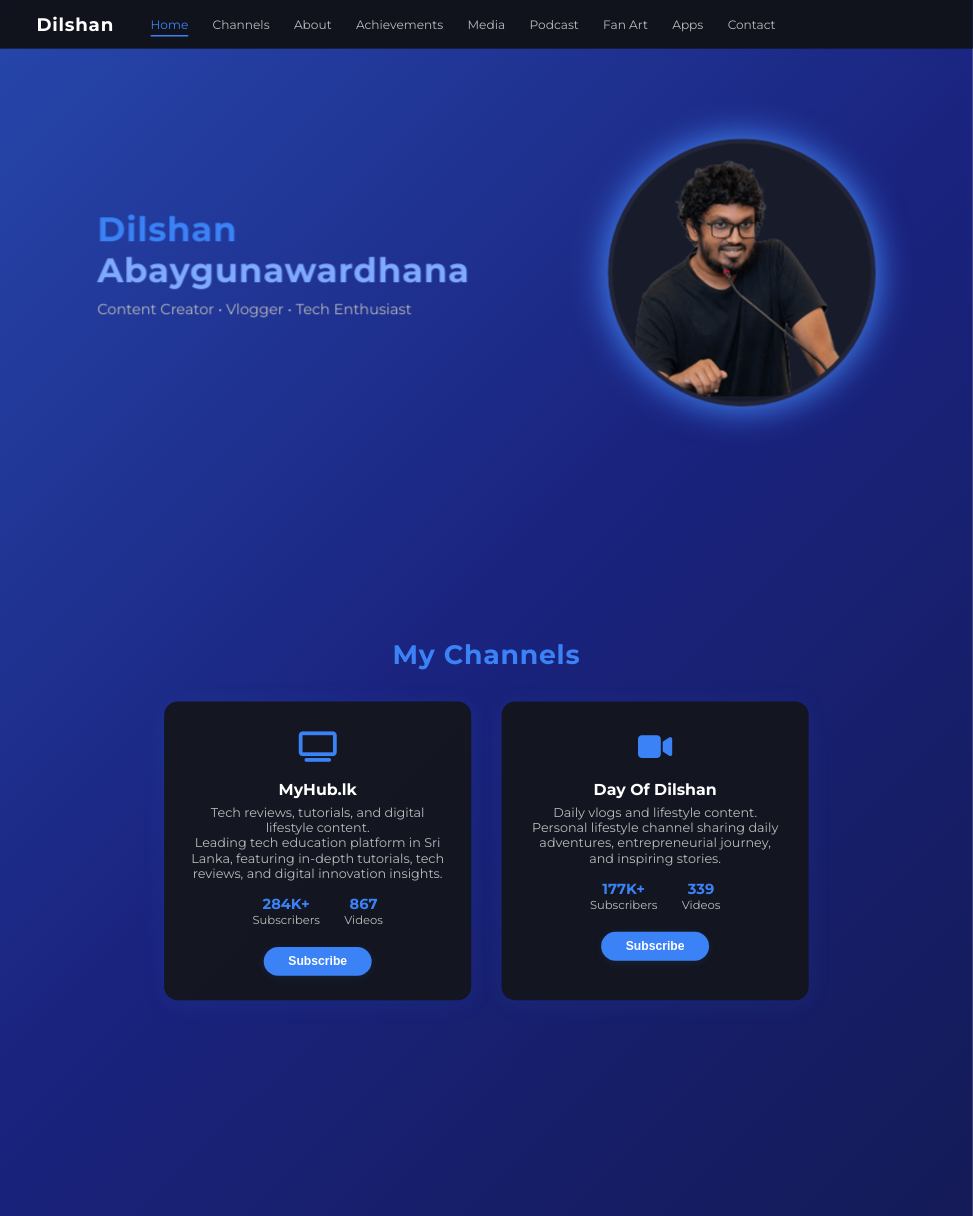
Repository: notyourclose/https-github.com-notyourclose-dilshan-abeygunawardana5
Page: index.html
The author's editor kept a copy of each file at every save. The page is drawn from the files as they stood at one save, then again after the next save.
The browser window is 1280 px wide. The pictures show the whole page, at 76% of full size.

Above is the page before, as saved 2025-05-14 14:57:16.

### index.html
<!DOCTYPE html>
<html lang="en">
<head>
    <meta charset="UTF-8">
    <meta name="viewport" content="width=device-width, initial-scale=1.0">
    <title>Dilshan Abeygunawardana | Portfolio</title>
    <link href="https://fonts.googleapis.com/css2?family=Montserrat:wght@700;400&display=swap" rel="stylesheet">
    <style>
        html {
            scroll-behavior: smooth;
        }
        body {
            font-family: 'Montserrat', Arial, sans-serif;
            margin: 0;
            padding: 0;
            min-height: 100vh;
            color: #fff;
            /* Restore animated gradient background */
            background: linear-gradient(-45deg, #0a0c15, #1a237e, #3b82f6, #0a0c15);
            background-size: 400% 400%;
            animation: gradientBG 12s ease-in-out infinite;
        }
        @keyframes gradientBG {
            0% {background-position: 0% 50%;}
            50% {background-position: 100% 50%;}
            100% {background-position: 0% 50%;}
        }
        .navbar {
            width: 100%;
            background: rgba(17,19,26,0.98);
            display: flex;
            align-items: center;
            padding: 0 48px;
            height: 64px;
            box-sizing: border-box;
            position: fixed;
            top: 0;
            left: 0;
            z-index: 100;
        }
        .navbar .logo {
            font-weight: 700;
            font-size: 1.5rem;
            color: #fff;
            margin-right: 48px;
            letter-spacing: 1px;
        }
        .navbar nav {
            display: flex;
            gap: 32px;
        }
        .navbar nav a {
            color: #bbb;
            text-decoration: none;
            font-size: 1rem;
            font-weight: 500;
            transition: color 0.2s;
            position: relative;
        }
        .navbar nav a.active,
        .navbar nav a:hover {
            color: #3b82f6;
        }
        .navbar nav a.active::after {
            content: '';
            display: block;
            width: 100%;
            height: 2px;
            background: #3b82f6;
            border-radius: 2px;
            position: absolute;
            bottom: -6px;
            left: 0;
        }
        .main-section {
            display: flex;
            align-items: center;
            justify-content: space-between;
            min-height: 100vh;
            padding: 0 10vw;
            box-sizing: border-box;
            position: relative;
            z-index: 1;
        }
        .left-content {
            flex: 1;
            display: flex;
            flex-direction: column;
            justify-content: center;
            z-index: 2;
            animation: fadeInLeft 1.2s cubic-bezier(.77,0,.18,1) 0.2s both;
        }
        .main-title {
            font-size: 2.8rem;
            font-weight: 700;
            margin: 0 0 12px 0;
            color: #3b82f6;
            letter-spacing: 1px;
            opacity: 0;
            animation: fadeInTitle 1.5s 0.5s forwards;
        }
        .main-title span {
            display: block;
            color: #7faaff;
        }
        .roles {
            font-size: 1.2rem;
            color: #bbb;
            margin-bottom: 24px;
            font-weight: 400;
            min-height: 28px;
            white-space: pre;
        }
        .right-content {
            flex: 1;
            display: flex;
            justify-content: flex-end;
            align-items: center;
            z-index: 2;
            animation: fadeInRight 1.2s cubic-bezier(.77,0,.18,1) 0.4s both;
        }
        .profile-img {
            width: 340px;
            height: 340px;
            object-fit: cover;
            border-radius: 50%;
            background: #181c2a;
            border: 6px solid #23263a;
            box-shadow: 0 0 40px 0 #3b82f6, 0 8px 40px 0 rgba(59,130,246,0.12);
            animation: float 3s ease-in-out infinite, glow 2.5s ease-in-out infinite alternate;
        }
        @keyframes fadeInLeft {
            from { opacity: 0; transform: translateX(-60px); }
            to { opacity: 1; transform: translateX(0); }
        }
        @keyframes fadeInRight {
            from { opacity: 0; transform: translateX(60px); }
            to { opacity: 1; transform: translateX(0); }
        }
        @keyframes fadeInTitle {
            from { opacity: 0; transform: translateY(-30px); }
            to { opacity: 1; transform: translateY(0); }
        }
        @keyframes float {
            0%, 100% { transform: translateY(0); }
            50% { transform: translateY(-18px); }
        }
        @keyframes glow {
            0% { box-shadow: 0 0 40px 0 #3b82f6, 0 8px 40px 0 rgba(59,130,246,0.12); }
            100% { box-shadow: 0 0 80px 10px #7faaff, 0 8px 40px 0 rgba(59,130,246,0.12); }
        }
        /* Channels Section */
        .channels-section {
            display: flex;
            flex-direction: column;
            align-items: center;
            justify-content: flex-start;
            min-height: 100vh;
            padding: 120px 0 40px 0;
        }
        .channels-title {
            font-size: 2.2rem;
            font-weight: 700;
            color: #3b82f6;
            margin-bottom: 40px;
            letter-spacing: 1px;
            opacity: 0;
            transform: translateY(40px);
            transition: opacity 0.8s, transform 0.8s;
        }
        .channels-title.visible {
            opacity: 1;
            transform: translateY(0);
        }
        .channels-cards {
            display: flex;
            gap: 40px;
            flex-wrap: wrap;
            justify-content: center;
        }
        .channel-card {
            background: rgba(20, 22, 32, 0.98);
            border-radius: 18px;
            box-shadow: 0 4px 32px 0 rgba(59,130,246,0.10);
            padding: 36px 32px 32px 32px;
            width: 340px;
            display: flex;
            flex-direction: column;
            align-items: center;
            transition: transform 0.4s, box-shadow 0.4s, opacity 0.8s;
            position: relative;
            opacity: 0;
            transform: translateY(60px);
        }
        .channel-card.visible {
            opacity: 1;
            transform: translateY(0);
        }
        .channel-card:hover {
            transform: translateY(-8px) scale(1.03);
            box-shadow: 0 8px 48px 0 rgba(59,130,246,0.18);
        }
        .channel-icon {
            font-size: 2.5rem;
            margin-bottom: 18px;
            color: #3b82f6;
        }
        .channel-title {
            font-size: 1.3rem;
            font-weight: 700;
            margin-bottom: 8px;
            color: #fff;
        }
        .channel-desc {
            font-size: 1.05rem;
            color: #bbb;
            margin-bottom: 18px;
            text-align: center;
        }
        .channel-stats {
            display: flex;
            gap: 32px;
            margin-bottom: 8px;
        }
        .stat {
            display: flex;
            flex-direction: column;
            align-items: center;
        }
        .stat-value {
            font-size: 1.2rem;
            font-weight: 700;
            color: #3b82f6;
        }
        .stat-label {
            font-size: 0.95rem;
            color: #bbb;
        }
        .subscribe-btn {
            margin-top: 18px;
            background: #3b82f6;
            color: #fff;
            border: none;
            border-radius: 22px;
            padding: 10px 32px;
            font-size: 1rem;
            font-weight: 600;
            cursor: pointer;
            transition: background 0.2s;
            box-shadow: 0 2px 12px 0 rgba(59,130,246,0.10);
        }
        .subscribe-btn:hover {
            background: #2563eb;
        }
        @media (max-width: 900px) {
            .channels-cards {
                flex-direction: column;
                gap: 28px;
            }
            .channels-section {
                padding: 100px 0 24px 0;
            }
        }
    </style>
    <!-- For icons -->
    <link rel="stylesheet" href="https://cdnjs.cloudflare.com/ajax/libs/font-awesome/6.4.2/css/all.min.css"/>
</head>
<body>
    <div class="navbar">
        <div class="logo">Dilshan</div>
        <nav>
            <a href="#home" class="active">Home</a>
            <a href="#channels-section">Channels</a>
            <a href="#">About</a>
            <a href="#">Achievements</a>
            <a href="#">Media</a>
            <a href="#">Podcast</a>
            <a href="#">Fan Art</a>
            <a href="#">Apps</a>
            <a href="#">Contact</a>
        </nav>
    </div>
    <div id="home" class="main-section">
        <div class="left-content">
            <div class="main-title">Dilshan <span>Abaygunawardhana</span></div>
            <div class="roles" id="roles"></div>
        </div>
        <div class="right-content">
            <img src="dilshanabeygunawardananetworth2.png" alt="Dilshan Abeygunawardana" class="profile-img">
        </div>
    </div>
    <div id="channels-section" class="channels-section">
        <div class="channels-title">My Channels</div>
        <div class="channels-cards">
            <div class="channel-card">
                <div class="channel-icon"><i class="fas fa-tv"></i></div>
                <div class="channel-title">MyHub.lk</div>
                <div class="channel-desc">Tech reviews, tutorials, and digital lifestyle content.<br>Leading tech education platform in Sri Lanka, featuring in-depth tutorials, tech reviews, and digital innovation insights.</div>
                <div class="channel-stats">
                    <div class="stat">
                        <div class="stat-value">284K+</div>
                        <div class="stat-label">Subscribers</div>
                    </div>
                    <div class="stat">
                        <div class="stat-value">867</div>
                        <div class="stat-label">Videos</div>
                    </div>
                </div>
                <button class="subscribe-btn">Subscribe</button>
            </div>
            <div class="channel-card">
                <div class="channel-icon"><i class="fas fa-video"></i></div>
                <div class="channel-title">Day Of Dilshan</div>
                <div class="channel-desc">Daily vlogs and lifestyle content.<br>Personal lifestyle channel sharing daily adventures, entrepreneurial journey, and inspiring stories.</div>
                <div class="channel-stats">
                    <div class="stat">
                        <div class="stat-value">177K+</div>
                        <div class="stat-label">Subscribers</div>
                    </div>
                    <div class="stat">
                        <div class="stat-value">339</div>
                        <div class="stat-label">Videos</div>
                    </div>
                </div>
                <button class="subscribe-btn">Subscribe</button>
            </div>
        </div>
    </div>
    <script>
        // Typewriter effect for roles
        const rolesText = 'Content Creator • Vlogger • Tech Enthusiast';
        const rolesElem = document.getElementById('roles');
        let i = 0;
        function typeWriter() {
            if (i <= rolesText.length) {
                rolesElem.textContent = rolesText.substring(0, i);
                i++;
                setTimeout(typeWriter, 40);
            }
        }
        typeWriter();

        // Smooth reveal animations for channels section
        function revealOnScroll() {
            const title = document.querySelector('.channels-title');
            const cards = document.querySelectorAll('.channel-card');
            const trigger = window.innerHeight * 0.85;
            if (title.getBoundingClientRect().top < trigger) {
                title.classList.add('visible');
            }
            cards.forEach(card => {
                if (card.getBoundingClientRect().top < window.innerHeight * 0.92) {
                    card.classList.add('visible');
                }
            });
        }
        window.addEventListener('scroll', revealOnScroll);
        window.addEventListener('load', revealOnScroll);
    </script>
</body>
</html>

After the next save:
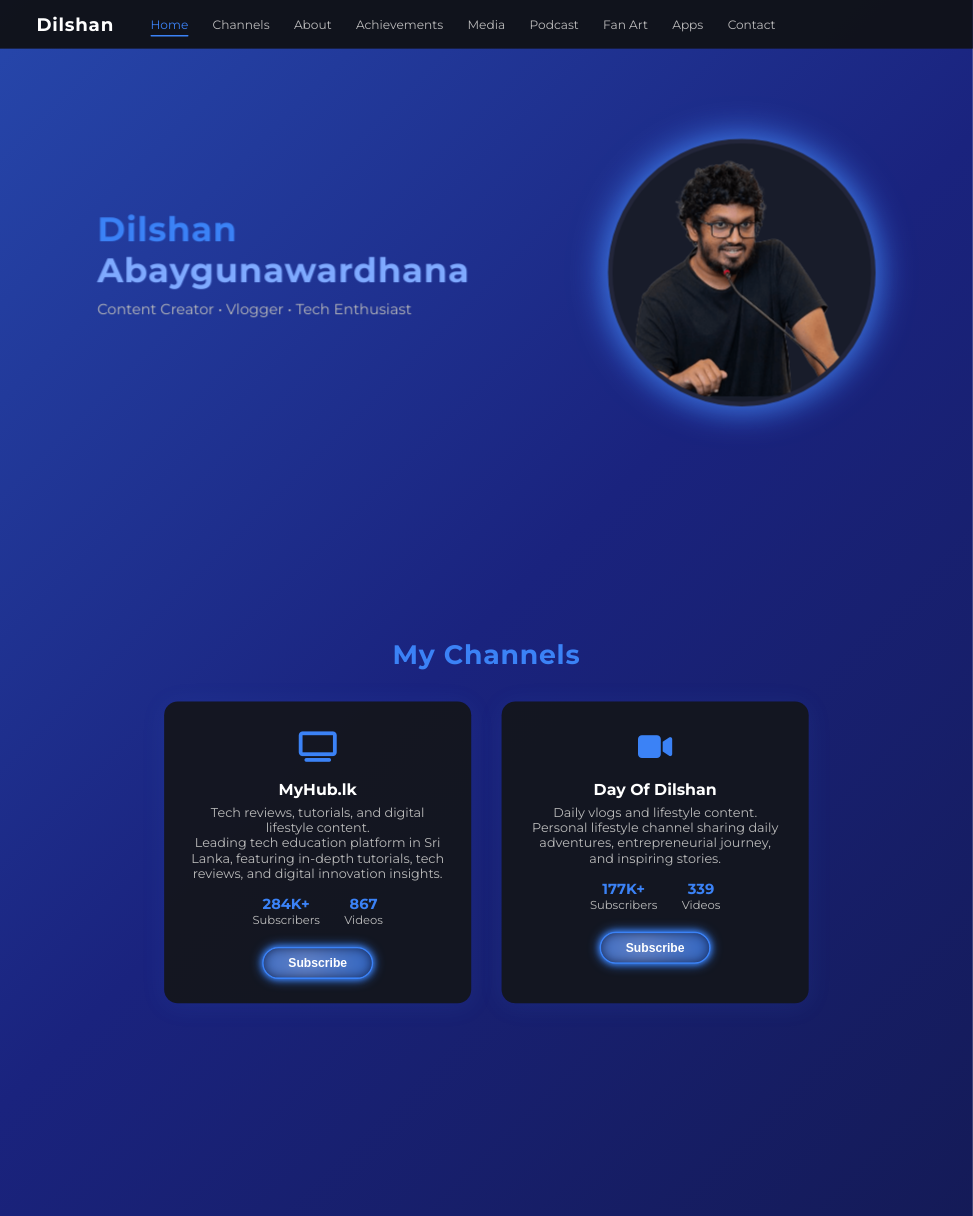
Saved 89 s later.
--- a/index.html
+++ b/index.html
@@ -238,19 +238,41 @@
         }
         .subscribe-btn {
             margin-top: 18px;
-            background: #3b82f6;
-            color: #fff;
-            border: none;
+            background: #111b3f;
+            color: #fff;
+            border: 2px solid #3b82f6;
             border-radius: 22px;
             padding: 10px 32px;
             font-size: 1rem;
             font-weight: 600;
             cursor: pointer;
-            transition: background 0.2s;
-            box-shadow: 0 2px 12px 0 rgba(59,130,246,0.10);
-        }
-        .subscribe-btn:hover {
-            background: #2563eb;
+            box-shadow: 0 0 8px #3b82f6, 0 0 16px #3b82f6;
+            position: relative;
+            overflow: hidden;
+            z-index: 1;
+            transition: background 0.2s, color 0.2s, box-shadow 0.2s;
+        }
+        .subscribe-btn::before {
+            content: '';
+            position: absolute;
+            top: -2px; left: -2px; right: -2px; bottom: -2px;
+            background: linear-gradient(90deg, #3b82f6, #7faaff, #3b82f6, #7faaff);
+            background-size: 200% 200%;
+            filter: blur(8px);
+            opacity: 0.7;
+            z-index: -1;
+            border-radius: 24px;
+            animation: neonGlow 2s linear infinite;
+        }
+        @keyframes neonGlow {
+            0% { background-position: 0% 50%; }
+            50% { background-position: 100% 50%; }
+            100% { background-position: 0% 50%; }
+        }
+        .subscribe-btn:hover, .subscribe-btn:focus {
+            background: #3b82f6;
+            color: #fff;
+            box-shadow: 0 0 24px #3b82f6, 0 0 48px #7faaff;
         }
         @media (max-width: 900px) {
             .channels-cards {
